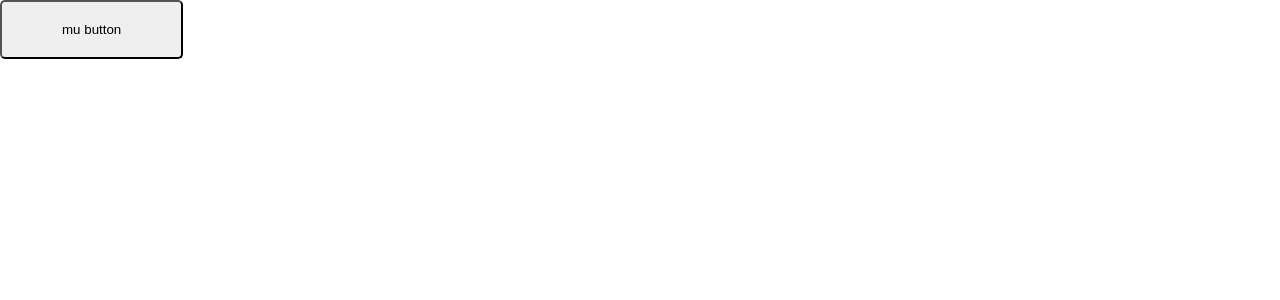
Repository: HuoXiaoYe/huoxiaoye_mumu
Page: /
The author's editor kept a copy of each file at every save. The page is drawn from the files as they stood at one save, then again after the next save.
The browser window is 1280 px wide. The pictures show the whole page.
The project was rebuilt for these pictures with package versions that can differ from the ones it lists, and the page was loaded fresh each time.

Above is the page before, as saved 2020-07-06 09:42:52.

### src/App.tsx
import React from 'react';
import './App.css';

import ButtonWrap from "@/pages/button/buttonWrap"

function App() {
  return (
    <div className="App">
      <ButtonWrap />
    </div>
  );
}

export default App;

### src/pages/button/buttonWrap.tsx
import Button from "@/ui/components/button/button"
import React from "react";


const ButtonWrap:React.FC = (props)=>{
    return (
        <div className="button-wrap">
            <Button>
                mu button
            </Button>
        </div>
    )
}

export default ButtonWrap;

### src/ui/components/button/button.tsx
import React, { useEffect } from "react";
import "./style.less"

export type ButtonType = 'primary' | 'success' | 'info' | 'warning' | 'danger' | 'link';
export type ButtonSize = 'large' | 'normal' | 'small';

interface baseButtonProps {
    size?: ButtonSize;
    type?: ButtonType;
    disabled?: boolean;
    className?: string;
    children?: React.ReactNode;
}

const Button: React.FC<baseButtonProps> = (props) => {
    useEffect(() => {
        console.log(props)
    })
    return (
            <button className="mu-button mu-large">
                {
                    props.children
                }
            </button>

    )
}

export default Button

### src/ui/components/button/style.less
@import "@/ui/less/variables.less";

.mu-button{
    border-radius: 5px;

    &.mu-large{
        padding: 20px 60px;

    }
}

### src/ui/less/variables.less
// 主体颜色
@primaryColor:#409eff;
@successColor:#5cb87a;
@warningColor:#e6a23c;
@dangerColor:#F56C6C;
@infoColor:#909399;

// 颜色定义

@blue: #0d6efd;
@indigo: #6610f2;
@purple: #6f42c1;
@red: #dc3545;
@orange: #fd7e14;
@yellow: #fadb14;
@green: #52c41a;
@cyan: #17a2b8;

Loaded but not shown: public/index.html (common file); src/index.tsx (common file); src/index.css (common file); src/App.css (common file)

After the next save:
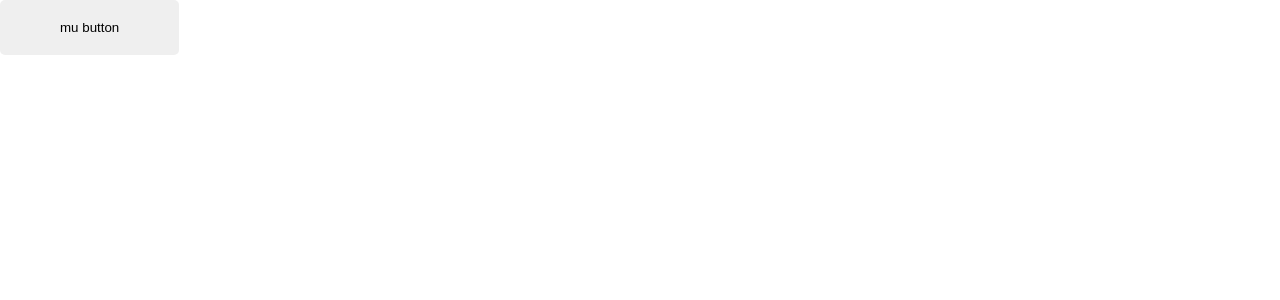
Saved 13 s later.
--- a/src/ui/components/button/style.less
+++ b/src/ui/components/button/style.less
@@ -2,7 +2,7 @@
 
 .mu-button{
     border-radius: 5px;
-
+    border-style: none;
     &.mu-large{
         padding: 20px 60px;
 
